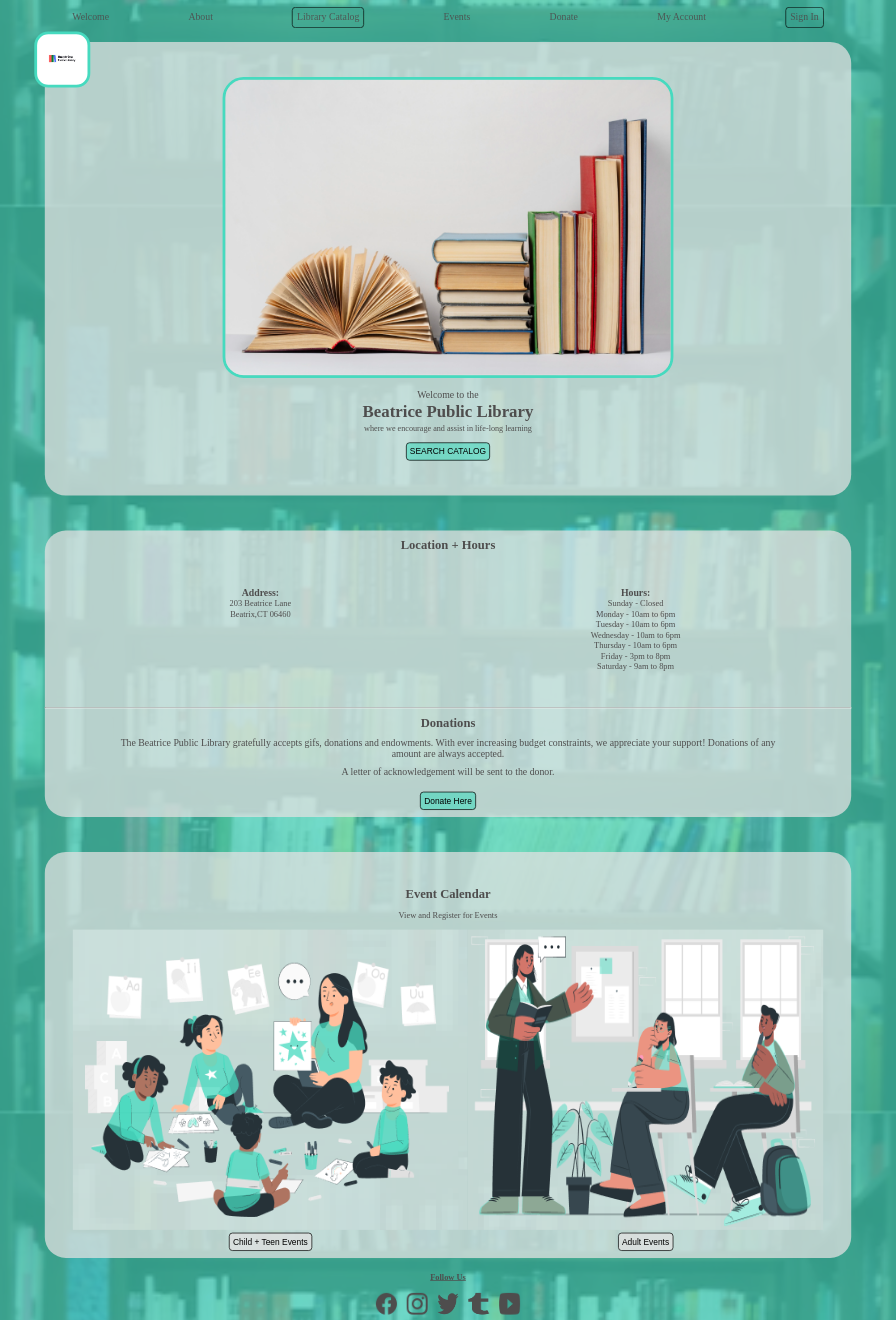
Repository: cokoduwa/RA-Wk5-Library
Page: index.html
An editor plug-in stored every save of this project. The page is shown before and after the next save, followed by the edit.
The browser window is 1280 px wide. The pictures show the whole page, at 70% of full size.

Above is the page before, as saved 2023-01-25 22:48:07.

After the next save:
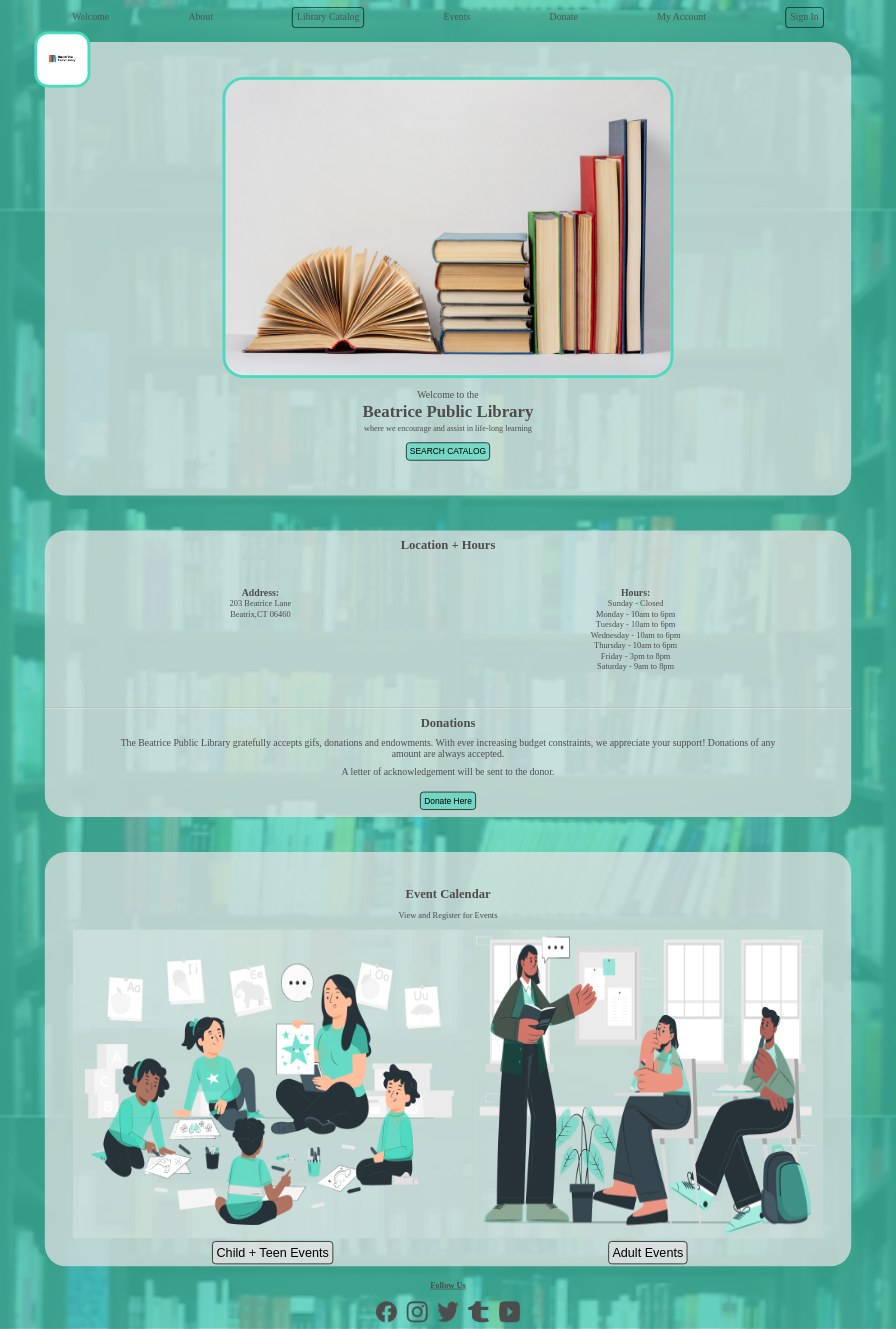
Saved 20 s later.
--- a/index.css
+++ b/index.css
@@ -314,7 +314,7 @@
         font-size: 14px;
     }
 
-    section button {
+    .event-types button {
         font-size: 18px;
     }
 }
